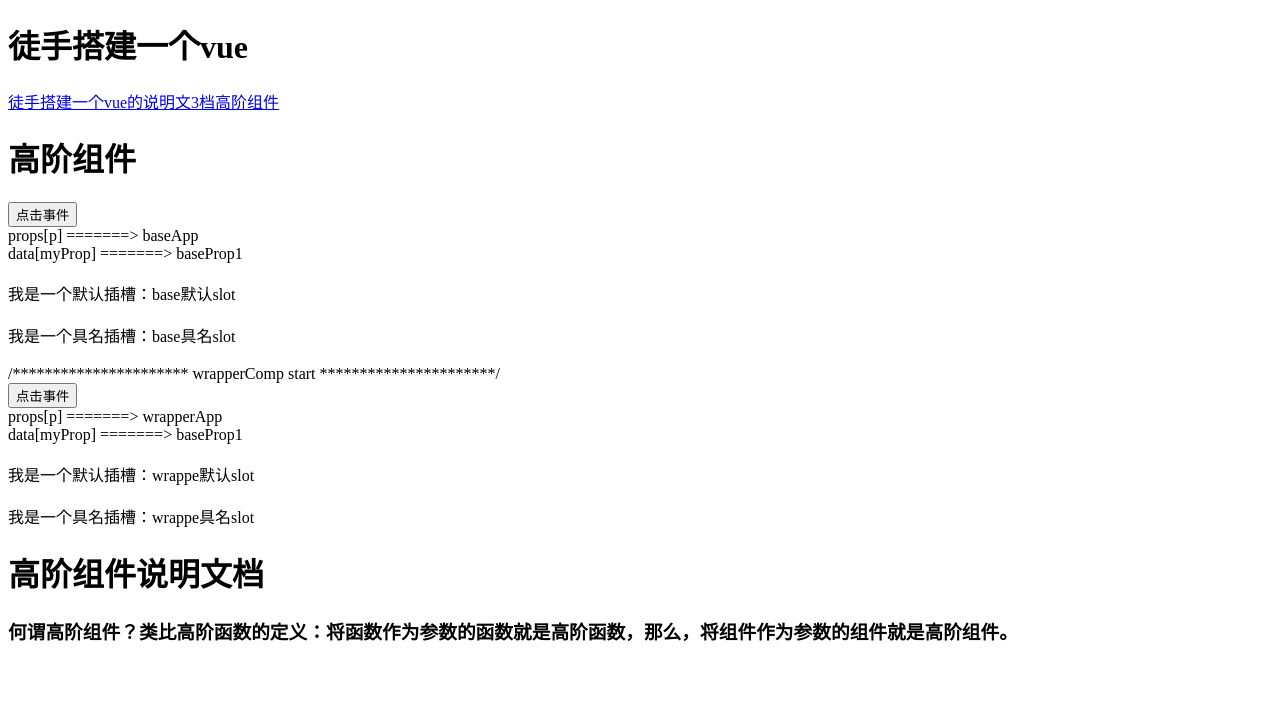
Repository: yuWhy/vue-build-cli
Page: /#/hightOrderComponents
The author's editor kept a copy of each file at every save. The page is drawn from the files as they stood at one save, then again after the next save.
The browser window is 1280 px wide. The pictures show the whole page.
The project was rebuilt for these pictures with package versions that can differ from the ones it lists, and the page was loaded fresh each time. Also part of the build but not shown: webpack.config.js, src/router/index.js.

Above is the page before, as saved 2021-02-22 13:23:08.

### index.html
<!DOCTYPE html>
<html lang="en">

<head>
  <meta charset="utf-8">
  <meta http-equiv="X-UA-Compatible" content="IE=edge">
  <meta name="viewport" content="width=device-width,initial-scale=1.0">
</head>

<body>
  <div id="app"></div>
</body>

</html>

### src/main.js
import Vue from 'vue'
import App from "./App.vue"
import router from './router/index.js'

new Vue({
  el: '#app',
  router,
  render: h => h(App)
})

### src/App.vue
<template>
  <div id="app">
    <h1>{{msg}}</h1>
    <router-link to="vueBuild">徒手搭建一个vue的说明文3档</router-link>
    <router-link to="hightOrderComponents">高阶组件</router-link>
    <router-view></router-view>
  </div>
</template>

<script>
export default {
  name: 'App',
  data() {
    return {
      msg: '徒手搭建一个vue'
    }
  }
}
</script>

### src/pages/HightOrderComponents/index.vue
<template>
  <div>
    <h1>高阶组件</h1>
    <baseComp @handle-click="handle" p="baseApp">
      <div>我是一个默认插槽：base默认slot</div>
      <template v-slot:sname>
        <div>我是一个具名插槽：base具名slot</div>
      </template>
    </baseComp>
     <br />
    /********************** wrapperComp start **********************/
    <br />
    <wrapperComp @handle-click="handle" p="wrapperApp">
      <div>我是一个默认插槽：wrappe默认slot</div>
      <template v-slot:sname>
        <div>我是一个具名插槽：wrappe具名slot</div>
      </template>
    </wrapperComp>
    <h1>高阶组件说明文档</h1>
    <h3>何谓高阶组件？类比高阶函数的定义：将函数作为参数的函数就是高阶函数，那么，将组件作为参数的组件就是高阶组件。</h3>
  </div>
</template>

<script>
import baseComp from './components/baseComp.vue'
import hoc from './components/hoc.js'
const wrapperComp = hoc(baseComp)
export default {
  name: 'hightOrderComponents',
  components: { baseComp, wrapperComp },
  methods: {
    handle() {
      alert('tyty')
    }
  }
}
</script>

### src/pages/HightOrderComponents/components/baseComp.vue
<template>
  <div>
    <button @click="$emit('handle-click')">点击事件</button><br>
    props[p] =======> {{p}} <br>
    data[myProp] =======> {{myProp}}<br><br>
    <slot /><br>
    <slot name="sname" />
  </div>
</template>
<script>
export default {
  props: ['p'],
  components: {},
  data() {
    return {
      myProp: 'baseProp1'
    }
  },
  created() {},
  methods: {},
  mounted() {},
  computed: {}
}
</script>

### src/pages/HightOrderComponents/components/hoc.js
export default function Wrapper(baseComp) {
  return {
    data() {
      return {}
    },
    mounted() {},
    render(h) {
      let scopedSlots = {};
      let $slots = this.$slots;
      Object.keys($slots).map((key) => (scopedSlots[key] = () => $slots[key]))
      return h(baseComp, {
        on: this.$listeners,
        attrs: this.$attrs,
        props: this.$props,
        scopedSlots
      })
    }
  }
}

After the next save:
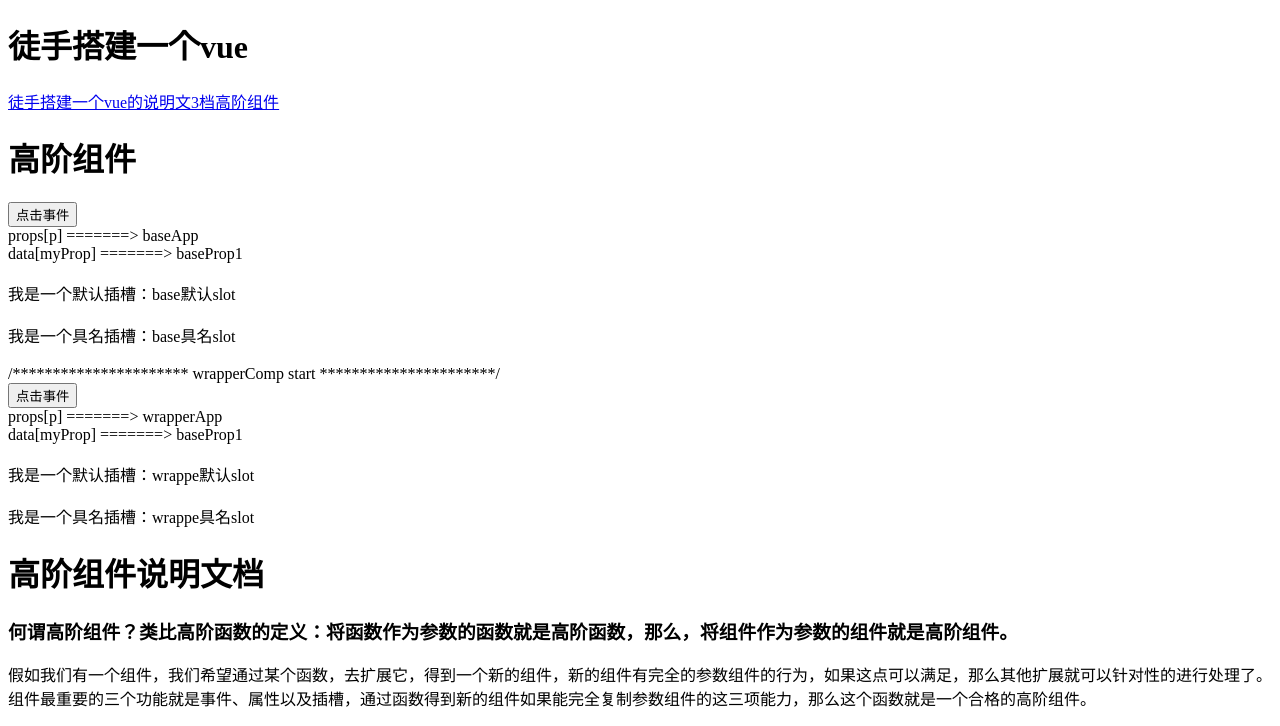
Saved 49 s later.
--- a/src/pages/HightOrderComponents/index.vue
+++ b/src/pages/HightOrderComponents/index.vue
@@ -18,6 +18,7 @@
     </wrapperComp>
     <h1>高阶组件说明文档</h1>
     <h3>何谓高阶组件？类比高阶函数的定义：将函数作为参数的函数就是高阶函数，那么，将组件作为参数的组件就是高阶组件。</h3>
+    <p>假如我们有一个组件，我们希望通过某个函数，去扩展它，得到一个新的组件，新的组件有完全的参数组件的行为，如果这点可以满足，那么其他扩展就可以针对性的进行处理了。组件最重要的三个功能就是事件、属性以及插槽，通过函数得到新的组件如果能完全复制参数组件的这三项能力，那么这个函数就是一个合格的高阶组件。</p>
   </div>
 </template>
 
